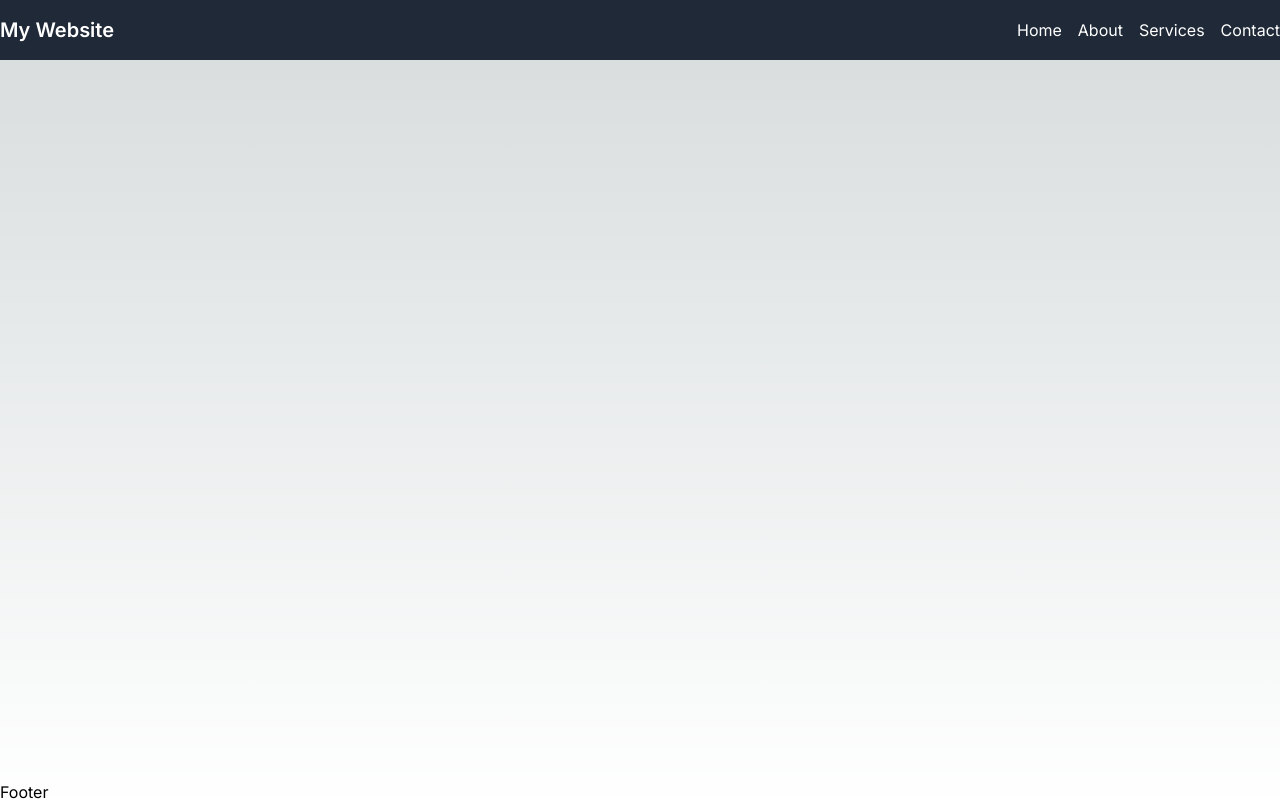
Repository: nika-otter/Kulyampa
Page: /
These files come from the project's save history. The page is drawn as it stood at one moment and after the next save; the edit follows.
The browser window is 1280 px wide. The pictures show the whole page.
The project was rebuilt for these pictures with package versions that can differ from the ones it lists, and the page was loaded fresh each time. The framework's server and built-in components were replaced by stand-ins that run in the browser. Also part of the build but not shown: next.config.js.

Above is the page before, as saved 2023-08-19 00:26:59.

After the next save:
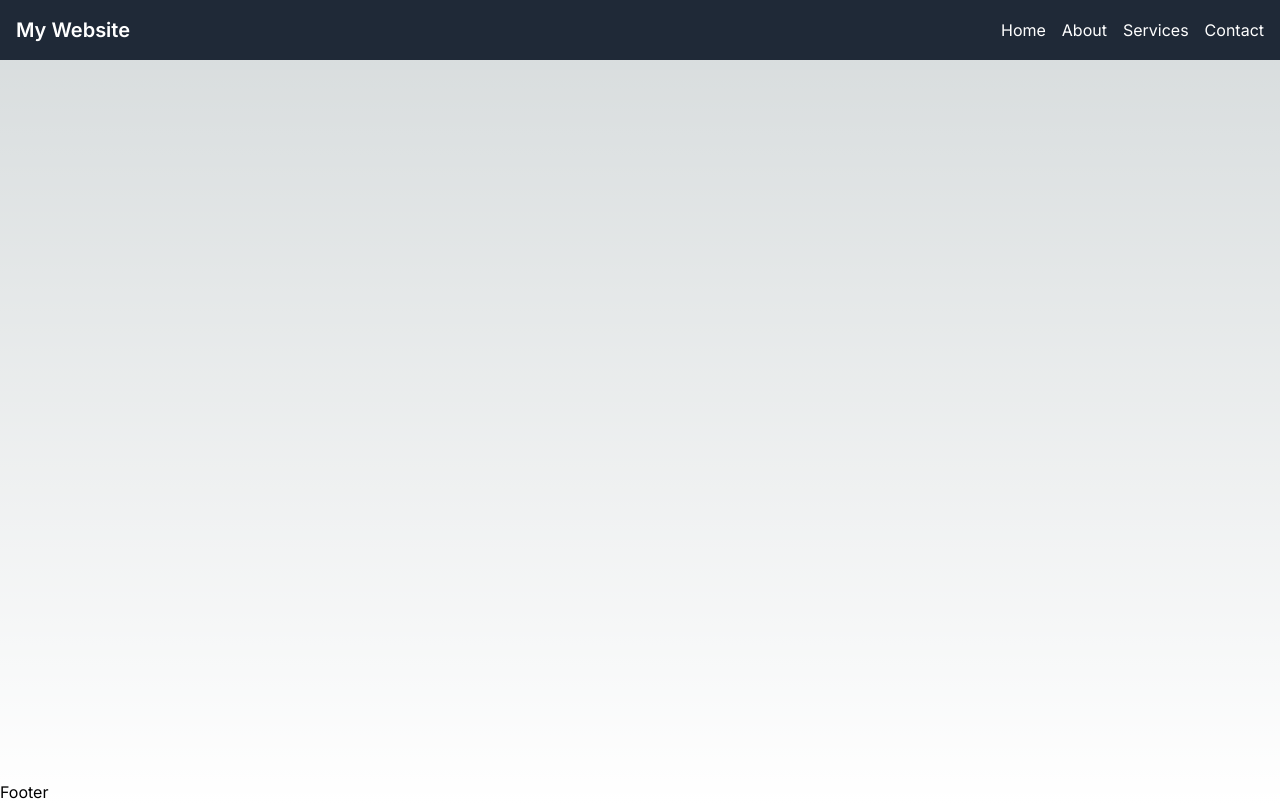
Saved 17 s later.
--- a/components/Header.tsx
+++ b/components/Header.tsx
@@ -2,7 +2,7 @@
 
 const Header = () => {
   return (
-    <header className="bg-gray-800 text-white py-4">
+    <header className="bg-gray-800 text-white py-4 px-4">
       <div className="container mx-auto flex justify-between items-center">
         <h1 className="text-xl font-semibold">My Website</h1>
         <nav>

After the save that followed:
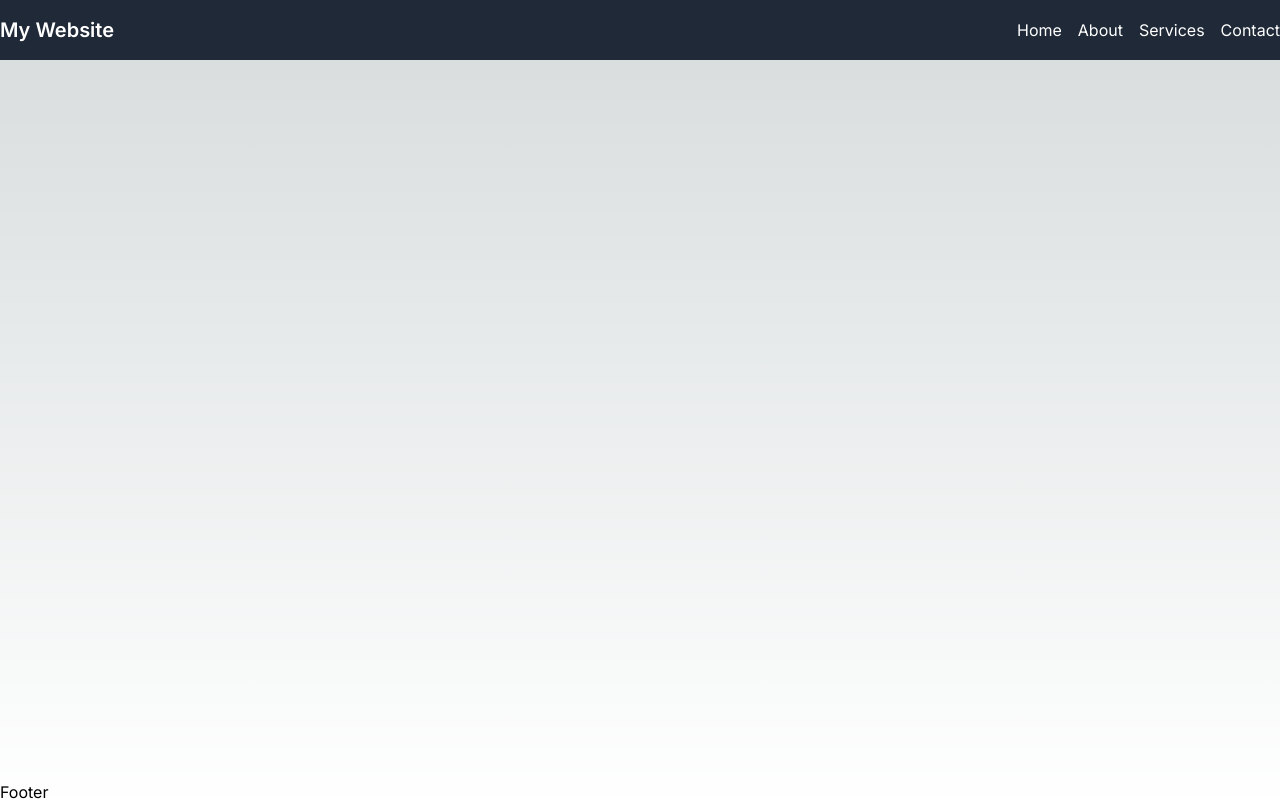
Saved 63 s later.
--- a/components/Header.tsx
+++ b/components/Header.tsx
@@ -2,10 +2,30 @@
 
 const Header = () => {
   return (
-    <header className="bg-gray-800 text-white py-4 px-4">
+    <header className="bg-gray-800 text-white py-4">
       <div className="container mx-auto flex justify-between items-center">
         <h1 className="text-xl font-semibold">My Website</h1>
-        <nav>
+        <nav className="md:hidden">
+          {/* Mobile Menu */}
+          <button className="text-white hover:text-gray-400 focus:outline-none">
+            <svg
+              xmlns="http://www.w3.org/2000/svg"
+              className="h-6 w-6"
+              fill="none"
+              viewBox="0 0 24 24"
+              stroke="currentColor"
+            >
+              <path
+                strokeLinecap="round"
+                strokeLinejoin="round"
+                strokeWidth={2}
+                d="M4 6h16M4 12h16m-7 6h7"
+              />
+            </svg>
+          </button>
+        </nav>
+        <nav className="hidden md:block">
+          {/* Desktop Menu */}
           <ul className="flex space-x-4">
             <li>
               <a href="#" className="hover:text-gray-400">Home</a>
